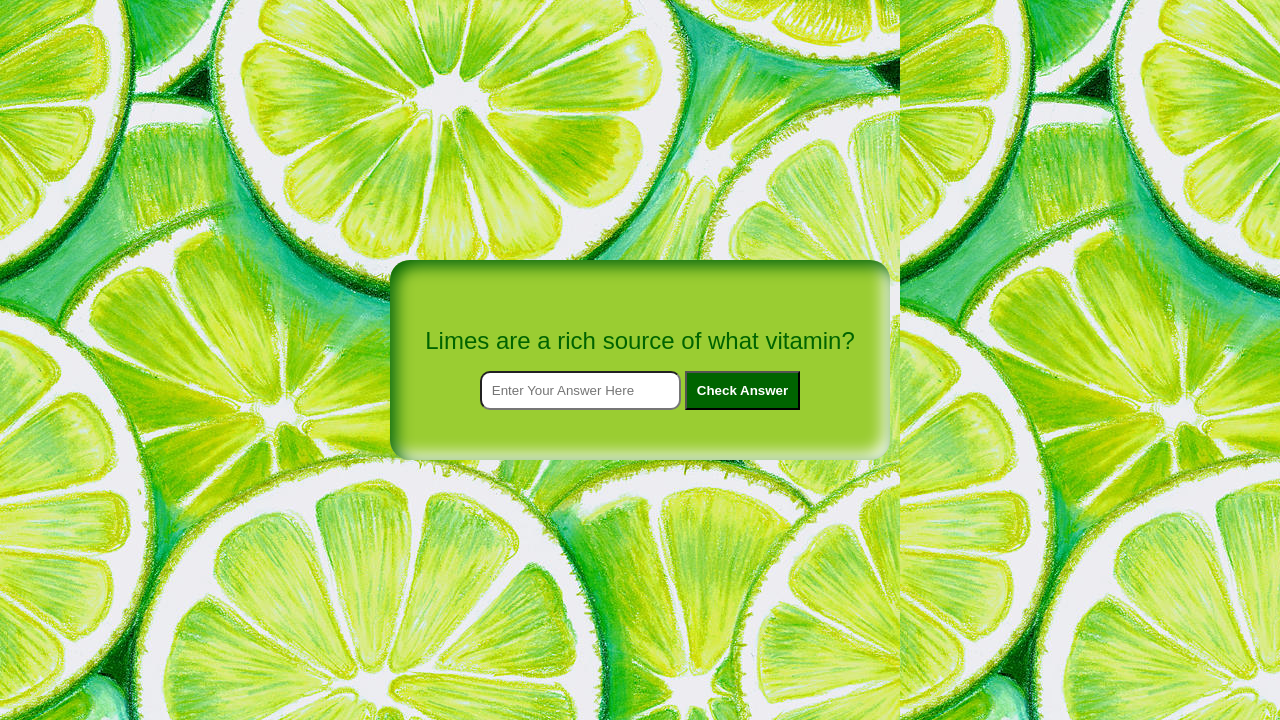
Repository: Joseph061200/Dynamic_Lab2
Page: joseph.html
The author's editor kept a copy of each file at every save. The page is drawn from the files as they stood at one save, then again after the next save.
The browser window is 1280 px wide. The pictures show the whole page.

Above is the page before, as saved 2020-02-20 14:44:58.

### joseph.html
<!DOCTYPE html>
<html>
    <head>
        <title>Joseph</title>
        <link rel="stylesheet" href="joseph.css">
    </head>
    <body>
        <div class="app">
            <div class="pop_up question">
                <h1 class="h1">Limes are a rich source of what vitamin?</h1>
                <div>
                    <input id="answer" type="text" placeholder="Enter Your Answer Here">
                    <button onclick="CheckAnswer()">Check Answer</button>
                </div>
                <div id="h_r"></div>
            </div>
        </div>
        <script src="joseph.js"></script>
    </body>
</html>

### joseph.css
body,html {
    margin: 0;
}
.app{
    width: 100vw;
    height: 100vh;
    display: flex;
    justify-content: center;
    align-items: center;
    background-color: yellowgreen;
    background-image: url("limes.jpg");
}
.pop_up{
    width: 500px;
    height: 200px;
    display: flex;
    flex-direction: column;
    justify-content: center;
    align-items: center;
    background-color: yellowgreen;
    border-radius: 20px;
    box-shadow: inset 6px 6px 16px darkgreen, inset -6px -6px 16px white;

}
h1 {
    font-family: sans-serif;
    font-size: 24px;
    font-weight: 300;
    text-align: center;
    color: darkgreen;
}
input{
    padding: 10px;
    border-radius: 10px;
}
button{
    padding: 10px;
    background-color: darkgreen;
    color: white;
    font-weight: bold;
}

### joseph.js
function CheckAnswer(){
    var myInput = document.querySelector("#answer").value;
    console.log(myInput);
    if (myInput === "C"||"c"){
        // alert("Correct!");
        document.querySelector("#h_r").innerHTML = "<h1>Correct!<h1/>"
    }else {
        // alert("wrong");
        document.querySelector("#h_r").innerText = "<h1>Incorrect!<h1/>"
    }
}

After the next save:
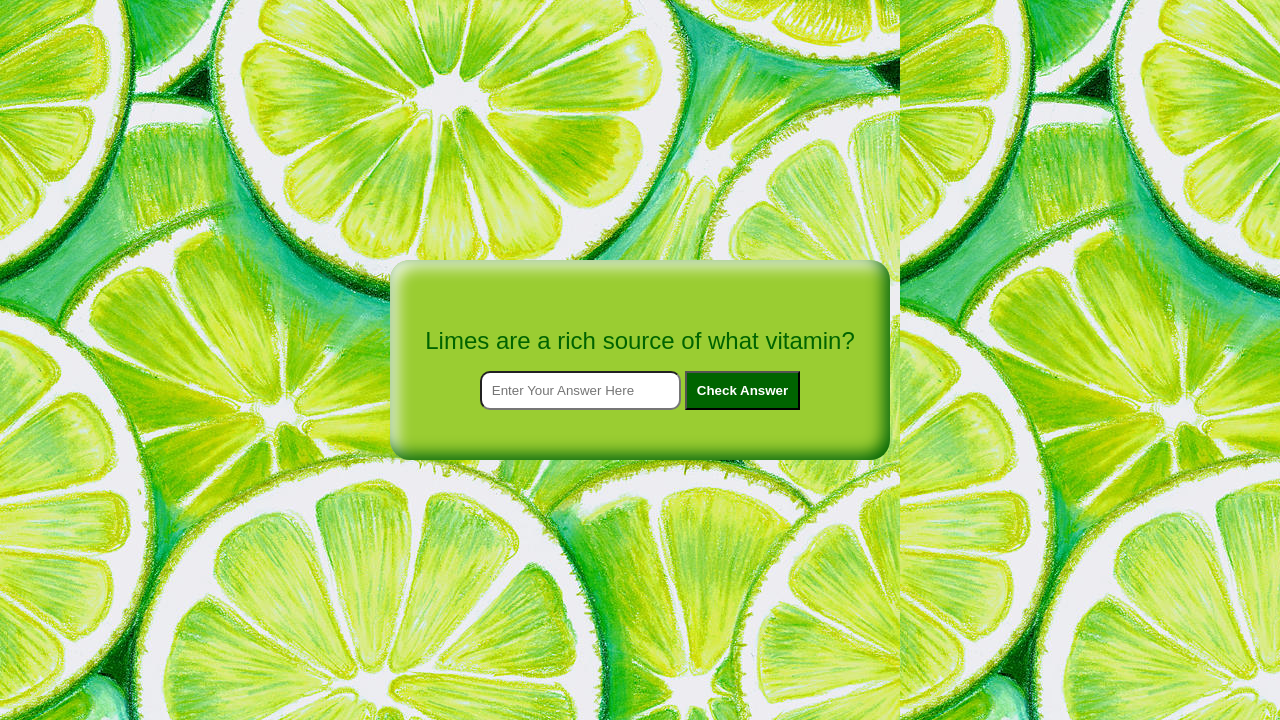
Saved 25 s later.
--- a/joseph.css
+++ b/joseph.css
@@ -19,7 +19,7 @@
     align-items: center;
     background-color: yellowgreen;
     border-radius: 20px;
-    box-shadow: inset 6px 6px 16px darkgreen, inset -6px -6px 16px white;
+    box-shadow: inset -6px -6px 16px darkgreen, inset 6px 6px 16px white;
 
 }
 h1 {

After the save that followed:
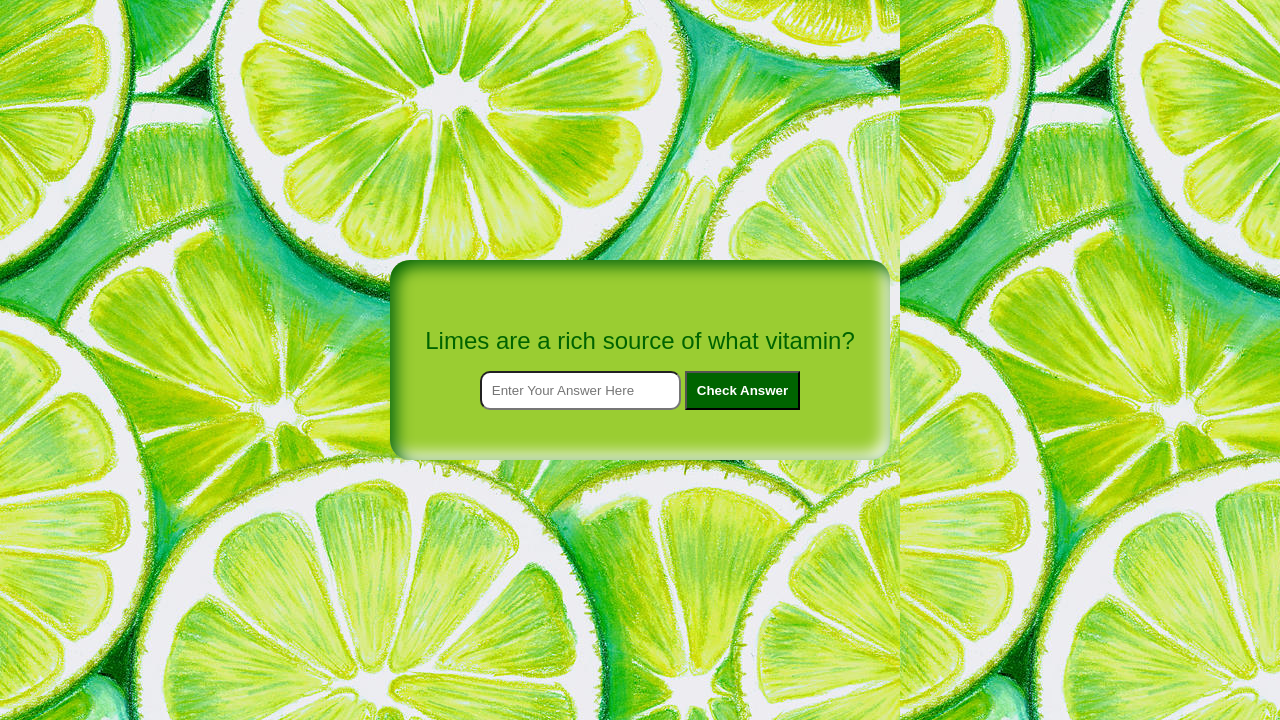
Saved 35 s later.
--- a/joseph.css
+++ b/joseph.css
@@ -19,7 +19,7 @@
     align-items: center;
     background-color: yellowgreen;
     border-radius: 20px;
-    box-shadow: inset -6px -6px 16px darkgreen, inset 6px 6px 16px white;
+    box-shadow: inset 6px 6px 16px darkgreen, inset -6px -6px 16px white;
 
 }
 h1 {
